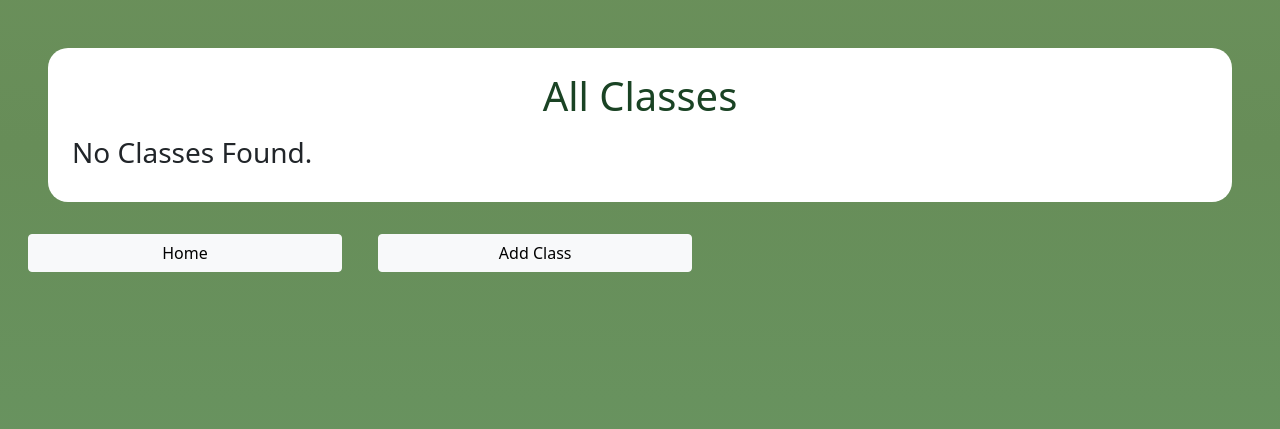
Repository: ronetteguevara/CalTech-ZumbaApp
Page: http://localhost/ZumbaApp/ViewClasses.jsp
These files come from the project's save history. The page is drawn as it stood at one moment and after the next save; the edit follows.
The browser window is 1280 px wide. The pictures show the whole page.
The page is served by Tomcat 10. Queries for data that is not in the repository find no rows.

Above is the page before, as saved 2024-05-03 02:24:52.

After the next save:
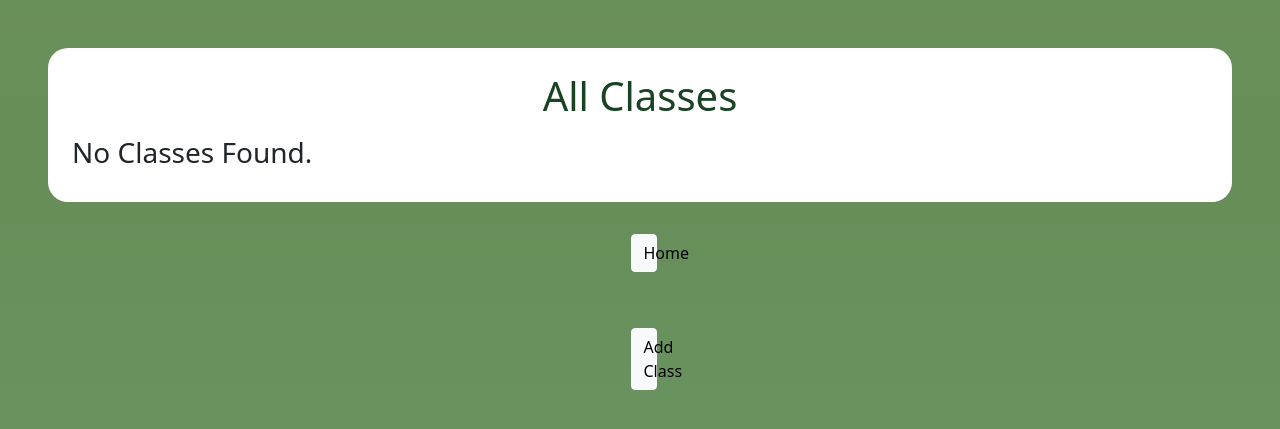
Saved 12 s later.
--- a/ZumbaApp/ZumbaApp/src/main/webapp/style.css
+++ b/ZumbaApp/ZumbaApp/src/main/webapp/style.css
@@ -26,6 +26,7 @@ h1 {
 }
 
 .center {
+  max-width: 75px;
   margin-left: auto;
   margin-right: auto;
 }
